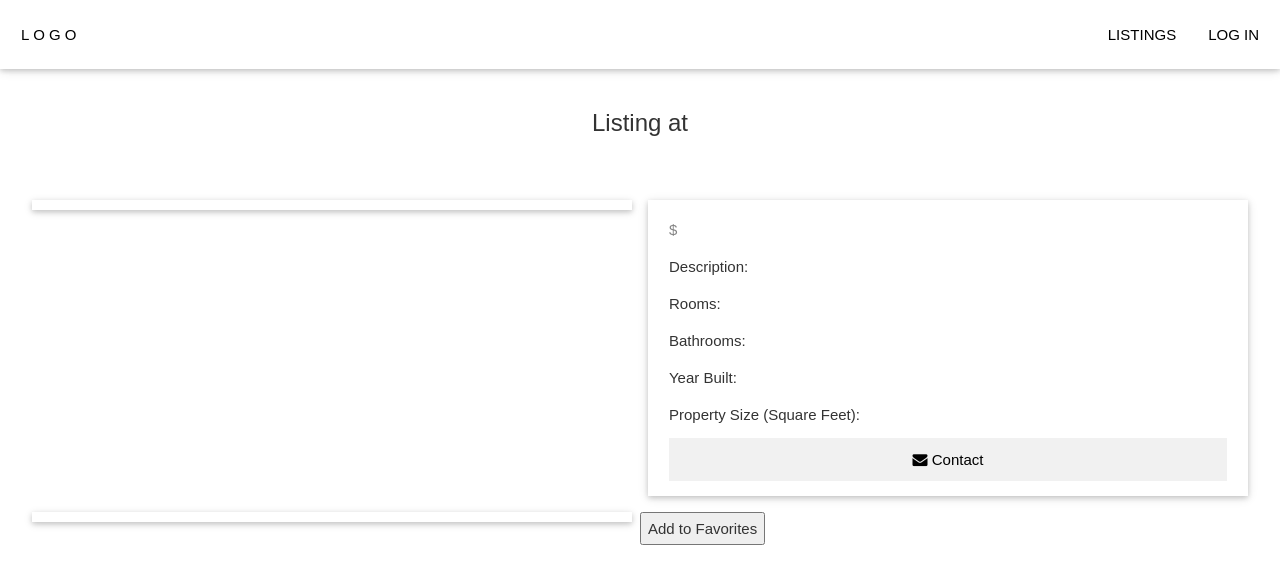
Repository: rickytorrez/test
Page: http://localhost/dcHome/WEB-INF/singleListing.jsp
These files come from the project's save history. The page is drawn as it stood at one moment and after the next save; the edit follows.
The browser window is 1280 px wide. The pictures show the whole page.
Some web fonts or font styles are not loaded; a fallback is used. The page is served by Tomcat 9. Nobody is signed in. Other server files are loaded and not shown. The template is opened directly, without the code that normally fills it, so the values that code supplies are empty.

Above is the page before, as saved 2018-06-04 14:45:56.

### dcHome/src/main/webapp/WEB-INF/singleListing.jsp
<%@ page language="java" contentType="text/html; charset=UTF-8"
    pageEncoding="UTF-8"%>
<%@ taglib uri="http://java.sun.com/jsp/jstl/core" prefix="c" %>
<%@ taglib prefix="fmt" uri="http://java.sun.com/jsp/jstl/fmt"%>
<%@ taglib prefix="form" uri="http://www.springframework.org/tags/form"%>
<%@ taglib prefix="spring" uri="http://www.springframework.org/tags" %>

<!DOCTYPE html PUBLIC "-//W3C//DTD HTML 4.01 Transitional//EN" "http://www.w3.org/TR/html4/loose.dtd">
<html>
	<head>
		<meta http-equiv="Content-Type" content="text/html; charset=UTF-8">
		<!-- bootstrap -->
		<link rel="stylesheet" href="https://maxcdn.bootstrapcdn.com/bootstrap/3.3.7/css/bootstrap.min.css">
		<!-- w3 -->
		<link href="<c:url value="/resources/dcHome/css/w3/w3.css" />" rel="stylesheet">
		<!-- font -->
		<link rel="stylesheet" href="https://fonts.googleapis.com/css?family=Raleway">
		<!-- font-awesome -->
		<link href="<c:url value="/resources/dcHome/css/font-awesome/css/font-awesome.min.css" />" rel="stylesheet">
		<!-- main stylesheet -->
		<link href="<c:url value="/resources/dcHome/css/style.css" />" rel="stylesheet">
		<title>Listing for ${listing.address}</title>
	</head>
	<body>

		<!-- Navbar (sit on top) -->
	 	<div class="w3-top">
            	<div class="w3-bar w3-white w3-card" id="myNavbar">
                	<a href="/users/new" class="w3-bar-item w3-button w3-wide">LOGO</a>
                	<!-- Right-sided navbar links -->
                	<div class="w3-right w3-hide-small">
                		<!-- if usre is admin -->
                		<c:if test="${user.isAdmin() == true}">
                    		<a href="/users/dashboard" class="w3-bar-item w3-button"></i> ADMIN</a>
                    	</c:if>
                    	<a href="/listings" onclick="w3_close()" class="w3-bar-item w3-button" ></i>LISTINGS</a>
                    	<!-- if user is realtor show realtor tab -->
                    	<c:if test="${user.isRealtor() == true}">
                    		<a href="/listings/realtor" class="w3-bar-item w3-button"></i> REALTOR</a>
                    	</c:if>
                    	<!-- if there's no user in session, show login -->
                    	<c:if test="${user == null}">
	                    	<!-- Modal link for Log In-Reg -->
	                    	<a href="#" class="w3-bar-item w3-button" data-toggle="modal" data-target="#logInUser" ></i> LOG IN</a>
	              	</c:if>
	              	<!-- if there's a user in session, show logout -->
	              	<c:if test="${user != null}">
	              		<a href="/users/new" class="w3-bar-item w3-button"></i> LOG OUT</a>
	              	</c:if>
                	</div>

                	<!-- Hide right-floated links on small screens and replace them with a menu icon -->
                	<a href="javascript:void(0)" class="w3-bar-item w3-button w3-right w3-hide-large w3-hide-medium" onclick="w3_open()">
                    	<i class="fa fa-bars"></i>
                	</a>
            	</div>
        	</div>

        	<!-- Sidebar on small screens when clicking the menu icon -->
        	<nav class="w3-sidebar w3-bar-block w3-black w3-card w3-animate-left w3-hide-medium w3-hide-large" style="display:none" id="mySidebar">
            	<a href="javascript:void(0)" onclick="w3_close()" class="w3-bar-item w3-button w3-large w3-padding-16">Close ×</a>
            	<a href="#listings" onclick="w3_close()" class="w3-bar-item w3-button">LISTINGS</a>
            	<a href="#contact" onclick="w3_close()" class="w3-bar-item w3-button">CONTACT</a>
        	</nav>

		<!-- Listing Section -->
        	<div class="w3-container" style="padding:100px 16px" id="listings">
            	<h3 class="w3-center">Listing at ${listing.address}</h3>

            	<div class="w3-row-padding " style="margin-top:64px">

            		<!-- Listing Picture Section (Left) -->
                	<div class="w3-col l6 m6 w3-margin-bottom">
                    	<div class="w3-card">
                    		<c:if test="${listing.getPictures().size() > 0 }">
				 			<img class="img-gallery" src="/images/${listing.getPictures().get(0).image}" alt="${listing.getPictures().get(0)}" style="width:100%">
			 			</c:if>
						<c:if test="${listing.getPictures().size() > 1 }">
				 			<img class="img-gallery-1" src="/images/${listing.getPictures().get(1).image}" alt="${listing.getPictures().get(1)}" style="width:100%">
			 			</c:if>
			 			<c:if test="${listing.getPictures().size() > 2 }">
				 			<img class="img-gallery-2" src="/images/${listing.getPictures().get(2).image}" alt="${listing.getPictures().get(2)}" style="width:100%">
			 			</c:if>
                    	</div>
                	</div>

                	<div class="w3-col l6 m6 w3-margin-bottom">
                    	<div class="w3-card">
                        	<div class="w3-container">
                            	<h3>${listing.type}</h3>
                            	<p class="w3-opacity">$${listing.cost}</p>

                            	<p><span>Description:</span> ${listing.description}</p>
                            	<p><span>Rooms:</span> ${listing.numberofrooms}</p>
                            	<p><span>Bathrooms:</span> ${listing.numberofbathrooms}</p>
                            	<p><span>Year Built:</span> ${listing.yearbuilt}</p>
                            	<p><span>Property Size (Square Feet):</span> ${listing.size}</p>

                            	<c:if test="${user != null}">
	                            	<p>
	                            		<form action="/listings/${listing.id}/add" method="post">
		                            		<button class="w3-button w3-light-grey w3-block">
		                                    	<i class="fa fa-heart"></i> Add to favorites
		                            		</button>
	                            		</form>
	                           	</p>
	                			</c:if>
	                           	<p>
	                                	<button class="w3-button w3-light-grey w3-block">
	                                   	<i class="fa fa-envelope"></i> Contact</button>
	                            	</p>

                        	</div>
                    	</div>
                	</div>


			<input type="submit" value="Add to Favorites" />



				<!-- Listing Picture Section (Right) -->
                	<div class="w3-col l6 m6 w3-margin-bottom">
                    	<div class="w3-card">
						<c:if test="${listing.getPictures().size() > 3 }">
				 			<img src="/images/${listing.getPictures().get(4).image}" alt="${listing.getPictures().get(4)}" style="width:100%">
			 			</c:if>
			 			<c:if test="${listing.getPictures().size() > 4 }">
				 			<img class="img-gallery-1" src="/images/${listing.getPictures().get(5).image}" alt="${listing.getPictures().get(5)}" style="width:100%">
			 			</c:if>
                    	</div>
                	</div>
			</div>
		</div>















		<br><br>





	</body>
</html>

### dcHome/src/main/webapp/resources/dcHome/css/style.css
body,
h1,
h2,
h3,
h4,
h5,
h6 {
	font-family: "Raleway", sans-serif
}

body, html {
    height: 100%;
    line-height: 1.8;
}
/* Full height image header */
.bgimg-1 {
    background-position: center;
    background-size: cover;
    background-image: url("../img/dcHomeBG.jpg");
    min-height: 100%;
}
.w3-bar .w3-button {
    padding: 16px;
}

.w3-card{
    padding: 5px;
}

.img-gallery-1, .img-gallery-2{
    margin-top:5px;
}

Loaded but not shown: dcHome/src/main/webapp/resources/dcHome/css/w3/w3.css (library); dcHome/src/main/webapp/resources/dcHome/css/font-awesome/css/font-awesome.min.css (library)

After the next save:
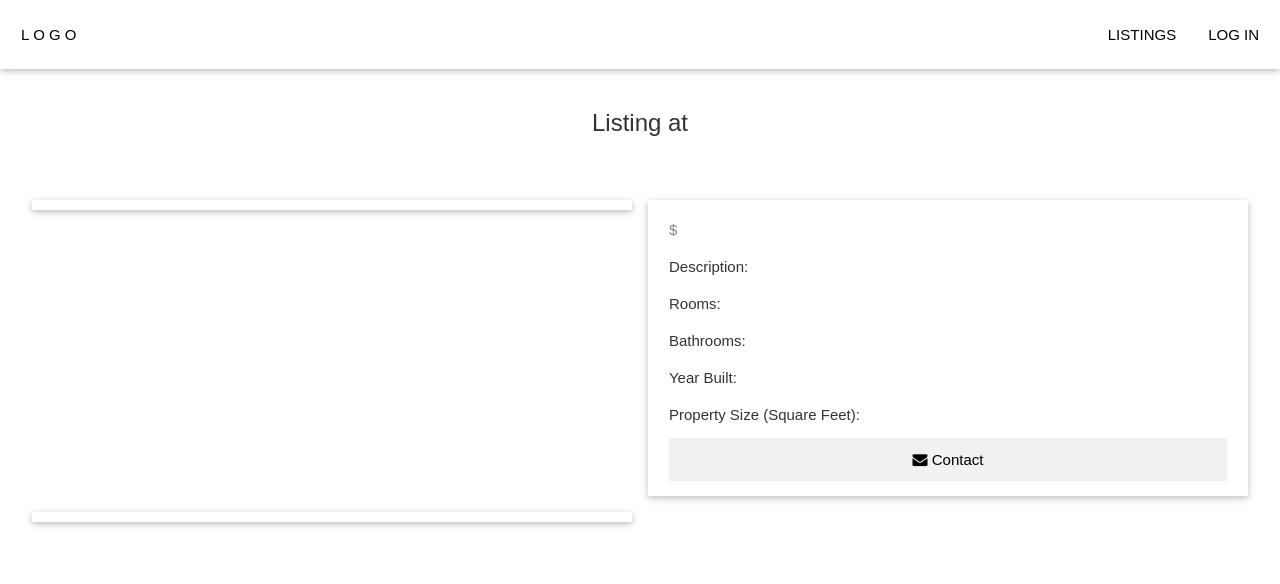
Saved 83 s later.
--- a/dcHome/src/main/webapp/WEB-INF/singleListing.jsp
+++ b/dcHome/src/main/webapp/WEB-INF/singleListing.jsp
@@ -96,6 +96,7 @@
                             	<p><span>Year Built:</span> ${listing.yearbuilt}</p>
                             	<p><span>Property Size (Square Feet):</span> ${listing.size}</p>
 
+                            	<!-- Add to favorites -->
                             	<c:if test="${user != null}">
 	                            	<p>
 	                            		<form action="/listings/${listing.id}/add" method="post">
@@ -105,19 +106,16 @@
 	                            		</form>
 	                           	</p>
 	                			</c:if>
-	                           	<p>
-	                                	<button class="w3-button w3-light-grey w3-block">
-	                                   	<i class="fa fa-envelope"></i> Contact</button>
-	                            	</p>
+
+	                			<!-- Add to favorites -->
+	                       	<p>
+	                        		<button class="w3-button w3-light-grey w3-block">
+	                           	<i class="fa fa-envelope"></i> Contact</button>
+	                       	</p>
 
                         	</div>
                     	</div>
                 	</div>
-
-
-			<input type="submit" value="Add to Favorites" />
-
-
 
 				<!-- Listing Picture Section (Right) -->
                 	<div class="w3-col l6 m6 w3-margin-bottom">
